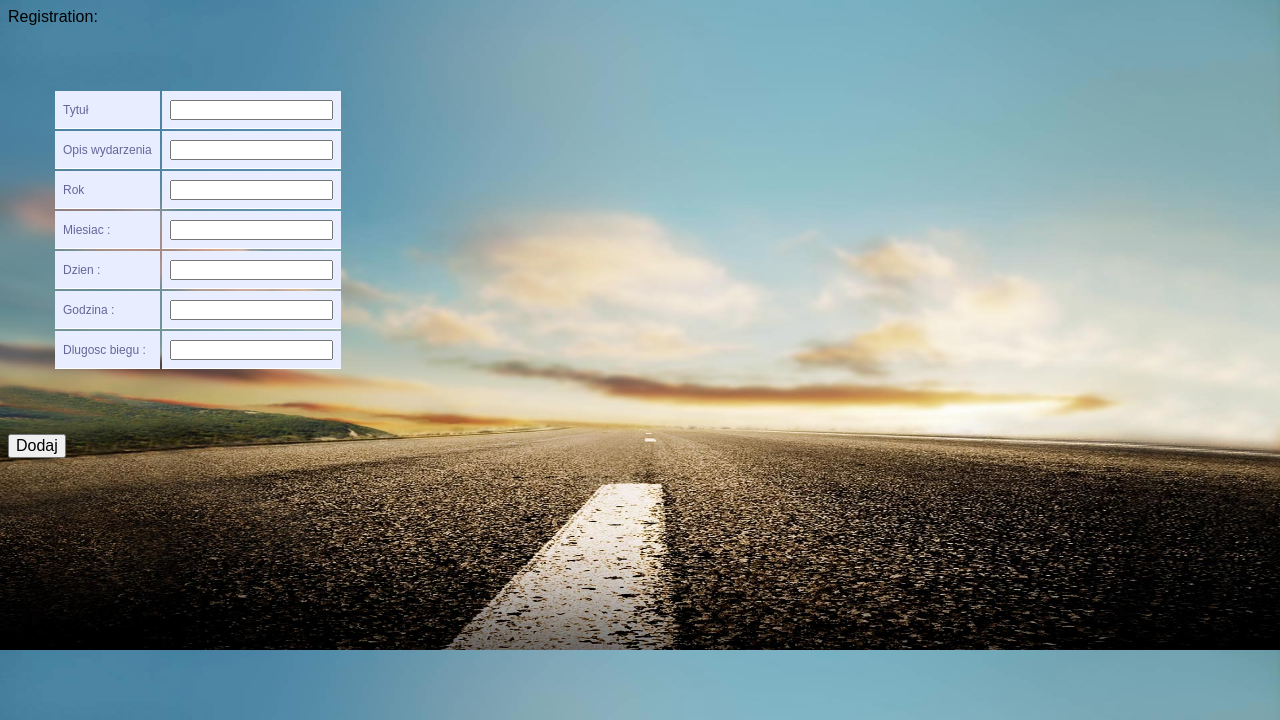
Repository: zlenyk/wrzucak
Page: Shop/WebContent/addEvent.html
An editor plug-in stored every save of this project. The page is shown before and after the next save, followed by the edit.
The browser window is 1280 px wide. The pictures show the whole page.

Above is the page before, as saved 2013-09-24 14:45:32.

### Shop/WebContent/addEvent.html
<!DOCTYPE html>
<html>
<head>
<meta charset="UTF-8">
<link rel='Stylesheet' type='text/css' href='style.css' />
<title>Insert title here</title>
</head>
<body class = "back">
  <form method="POST" action="http://localhost:8080/Shop/AddEvent">
    Registration:<br /><br />
    <div class="box" >
	    <table>
	    	<tr>
	    		<td>Tytuł</td> <td><input type="text" name="title" /></td>
	    	</tr>
	    	<tr>
	    		<td>Opis wydarzenia</td> <td><input type="text" name="desciption" /></td>
	    	</tr>
	    	<tr>
	    		<td>Rok</td> <td><input type="text" name="year" /></td>
	    	</tr>
	    	<tr>
	    		<td>Miesiac :</td> <td><input type="text" name="month" /></td>
	    	</tr>
	    	<tr>
	    		<td>Dzien :</td> <td><input type="text" name="day" /></td>
	    	</tr>
	    	<tr>
	    		<td>Godzina :</td> <td><input type="text" name="hour" /></td>
	    	</tr>
	    	<tr>
	    		<td>Dlugosc biegu :</td> <td><input type="text" name="length" /></td>
	    	</tr>
	    </table>
    </div>
    <br />
    <input type="submit" value="Dodaj" />
  </form>
</body>
</html>

### Shop/WebContent/style.css
@CHARSET "UTF-8";

html {
    font-family: sans-serif; /* 1 */
}

a {
    background: transparent;
}
a:active,
a:hover {
    outline: 0;
}
h1 {
    font-size: 2em;
    margin: 0.67em 0;
}

fieldset {
    border: 1px solid #c0c0c0;
    margin: 0 2px;
    padding: 0.35em 0.625em 0.75em;
}

button,
input,
select,
textarea {
    font-family: inherit; /* 1 */
    font-size: 100%; /* 2 */
    margin: 0; /* 3 */
}

.back {
	background-image:url("images/running_background.jpg");
	background-size:100% 650px;
}

ul, ul li {
	display: block;
	list-style: none;
	margin: 0;
	padding: 0;
}

ul {
	width: 150px;
	padding: 2px 2px 1px 2px;
	background-color: #9ce;
	border: 3px double #28e;
}

ul li {
	border-bottom: 1px solid #9ce;
}

ul a:link, ul a:visited {
	display: block;
	width: 126px;
	text-decoration: none;
	padding: 7px;
	font-weight: bold;
	background-color: #27c;
	color: #def;
	border-left: 10px solid #25b;
}

ul a:hover {
	width: 136px;
	background-color: #28e;
	color: #fff;
	border-left: 20px solid #26d;
}
.box
{
	font-size: 12px;
	margin: 45px;
	width: 480px;
	text-align: left;
	border-collapse: collapse;
}
.box th
{
	font-size: 13px;
	font-weight: normal;
	padding: 8px;
	background: #b9c9fe;
	border-top: 4px solid #aabcfe;
	border-bottom: 1px solid #fff;
	color: #039;
}
.box td
{
	padding: 8px;
	background: #e8edff;
	border-bottom: 1px solid #fff;
	color: #669;
	border-top: 1px solid transparent;
}
.box tr:hover td
{
	background: #d0dafd;
	color: #339;
}

After the next save:
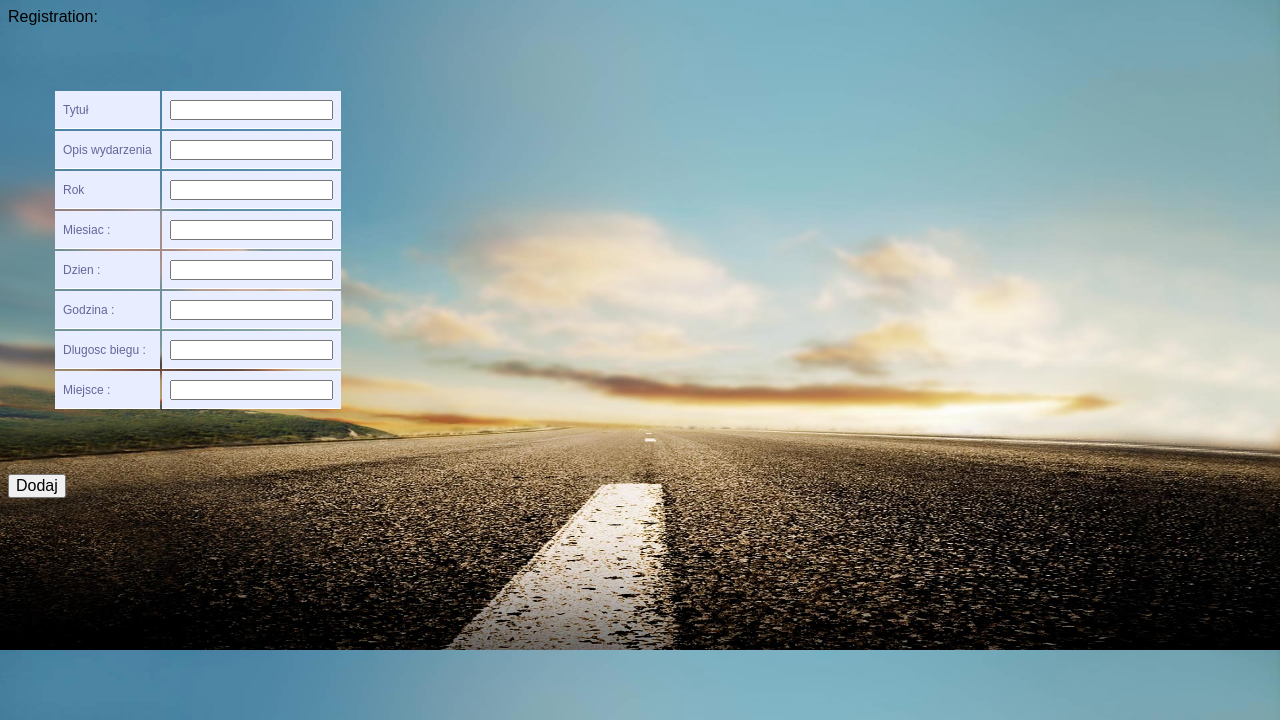
Saved 19 s later.
--- a/Shop/WebContent/addEvent.html
+++ b/Shop/WebContent/addEvent.html
@@ -31,6 +31,9 @@
 	    	<tr>
 	    		<td>Dlugosc biegu :</td> <td><input type="text" name="length" /></td>
 	    	</tr>
+	    	<tr>
+	    		<td>Miejsce :</td> <td><input type="text" name="place" /></td>
+	    	</tr>
 	    </table>
     </div>
     <br />
